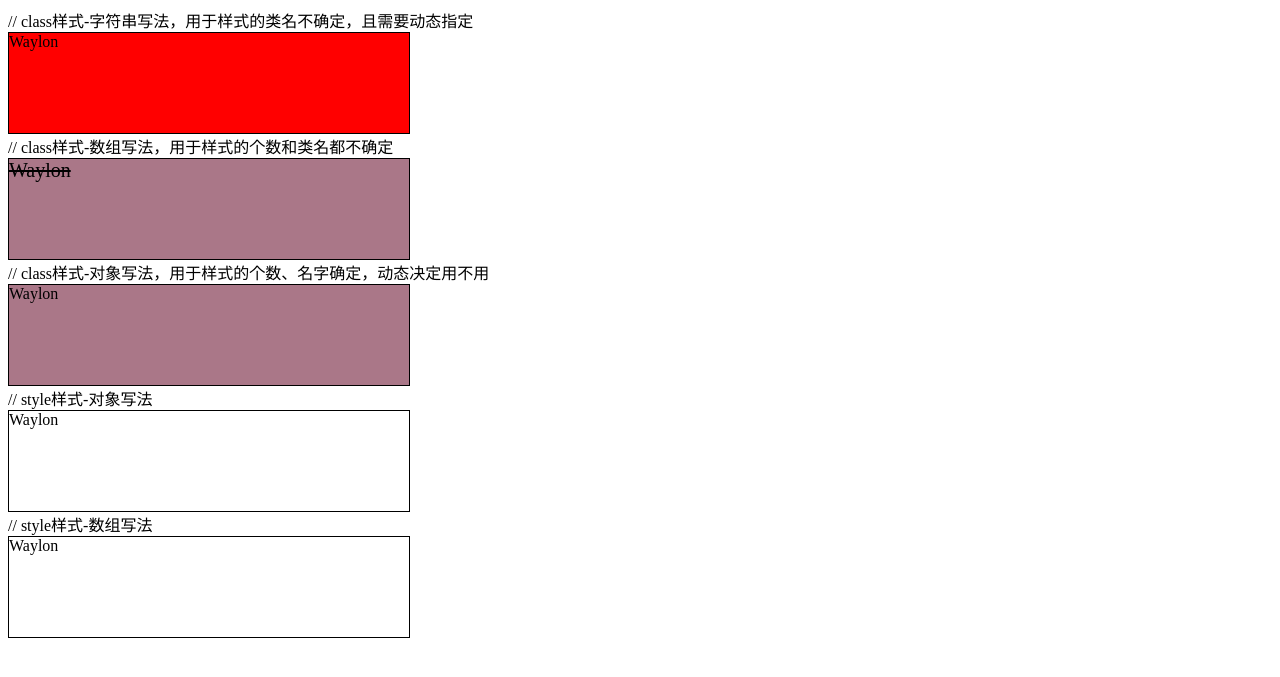
Repository: WAY-C/JSCodes
Page: Vue/10绑定样式/1绑定样式.html
These files come from the project's save history. The page is drawn as it stood at one moment and after the next save; the edit follows.
The browser window is 1280 px wide. The pictures show the whole page.

Above is the page before, as saved 2021-08-29 14:43:50.

After the next save:
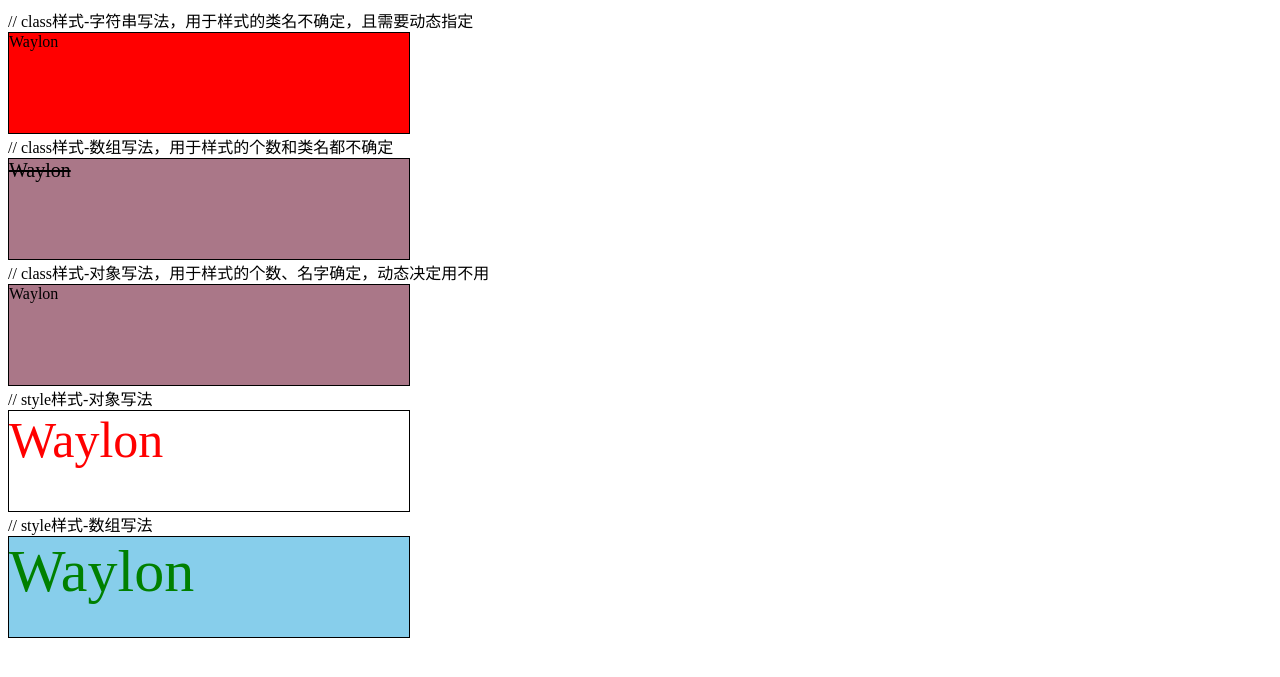
Saved 45 s later.
--- a/Vue/10绑定样式/1绑定样式.html
+++ b/Vue/10绑定样式/1绑定样式.html
@@ -52,9 +52,9 @@
         // class样式-对象写法，用于样式的个数、名字确定，动态决定用不用
         <div class="basic" :class="classObj">{{name}}</div>
         // style样式-对象写法
-        <div class="basic" :class="styleObj">{{name}}</div>
+        <div class="basic" :style="styleObj">{{name}}</div>
         // style样式-数组写法
-        <div class="basic" :class="styleArr">{{name}}</div>
+        <div class="basic" :style="styleArr">{{name}}</div>
     </div>
 </body>
 <script>
